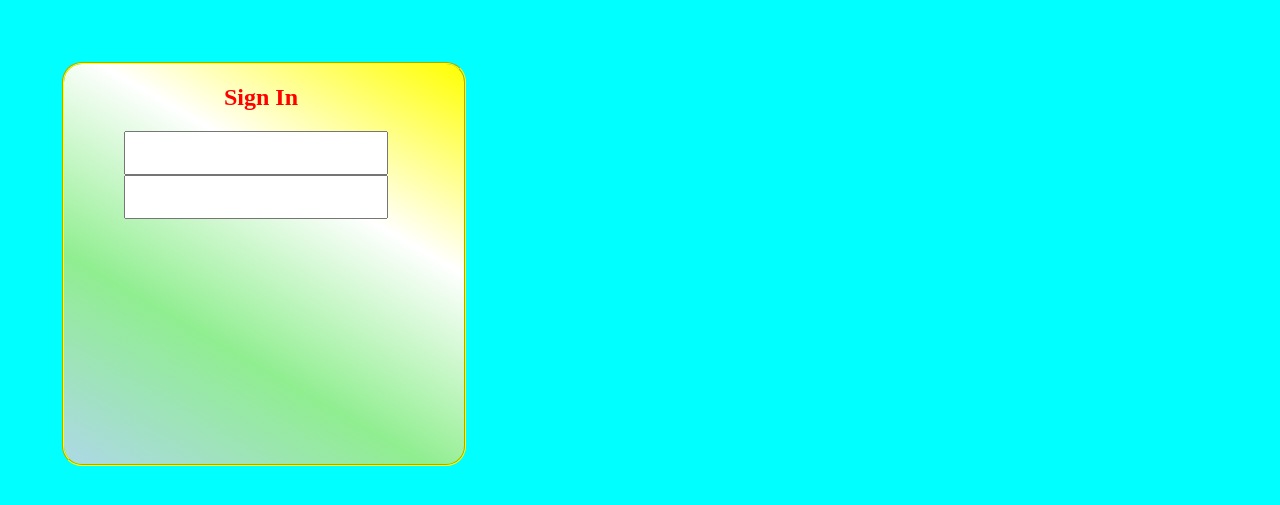
Repository: Amani-Kibet/express-app-web
Page: public/Card.html
An editor plug-in stored every save of this project. The page is shown before and after the next save, followed by the edit.
The browser window is 1280 px wide. The pictures show the whole page.

Above is the page before, as saved 2025-09-25 21:19:35.

After the next save:
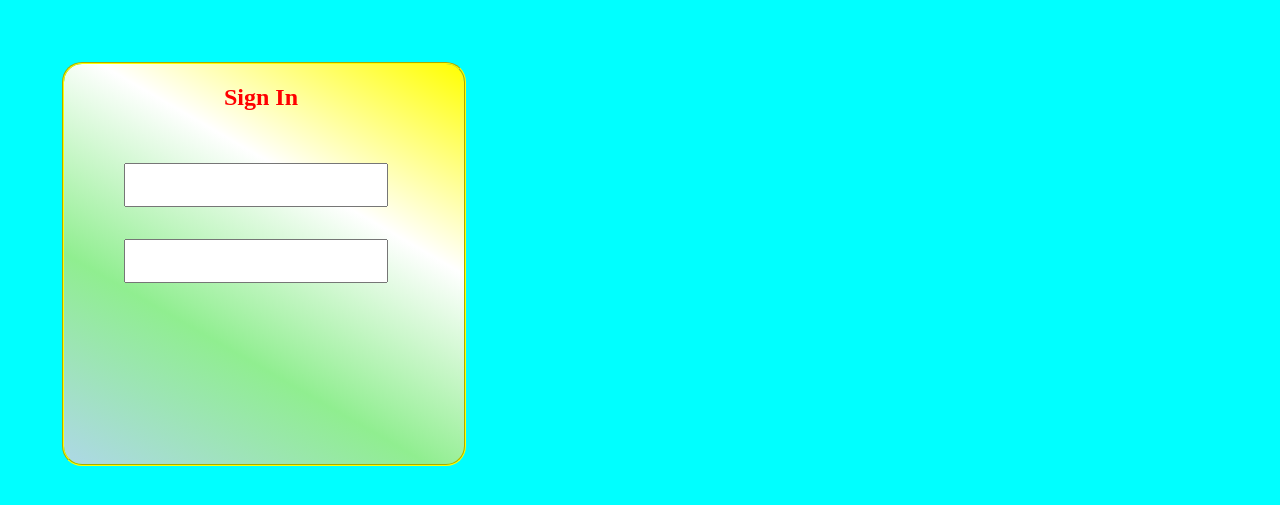
Saved 18 s later.
--- a/public/Card.html
+++ b/public/Card.html
@@ -21,7 +21,8 @@
     width: 16rem;
     height: 38px;
     position: relative;
-    left: 60px
+    left: 60px;
+    margin-top: 2rem;
   }
   </style>
 </head>
